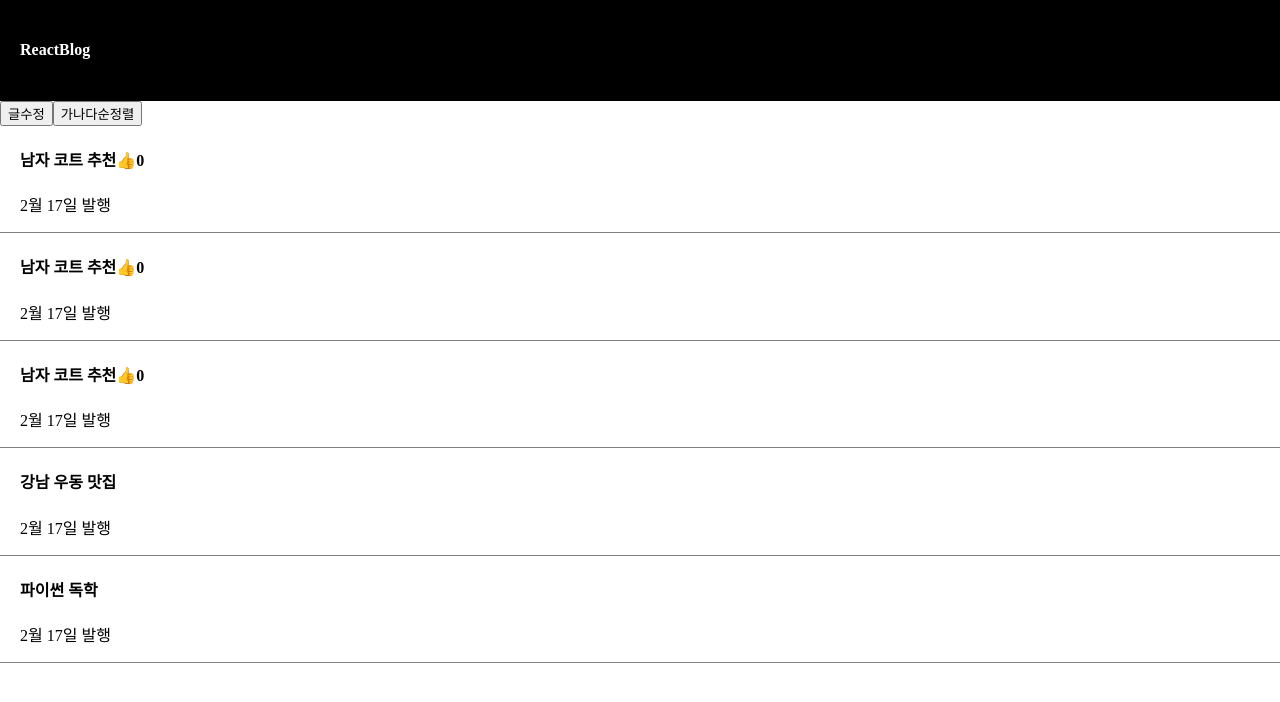
Repository: thinkseaweave/applecoding
Page: /
These files come from the project's save history. The page is drawn as it stood at one moment and after the next save; the edit follows.
The browser window is 1280 px wide. The pictures show the whole page.
The project was rebuilt for these pictures with package versions that can differ from the ones it lists, and the page was loaded fresh each time. Also part of the build but not shown: vite.config.js, src/index.css.

Above is the page before, as saved 2025-01-29 11:26:35.

After the next save:
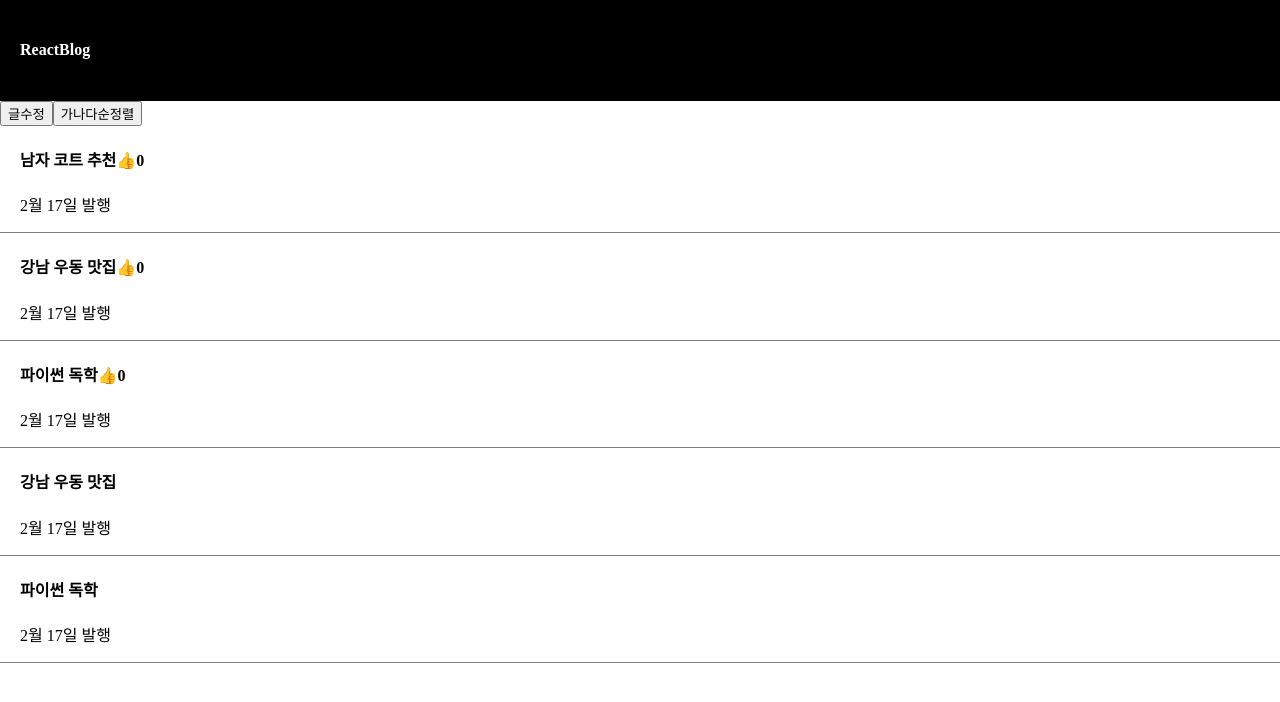
Saved 20 s later.
--- a/src/App.jsx
+++ b/src/App.jsx
@@ -37,7 +37,7 @@ function App() {
         가나다순정렬
       </button>
 
-      {글제목.map(function () {
+      {글제목.map(function (item) {
         return (
           <div className="list">
             <h4
@@ -45,7 +45,7 @@ function App() {
                 setModal(!modal);
               }}
             >
-              {글제목[0]}
+              {item}
               <span
                 onClick={() => {
                   따봉변경(따봉 + 1);
